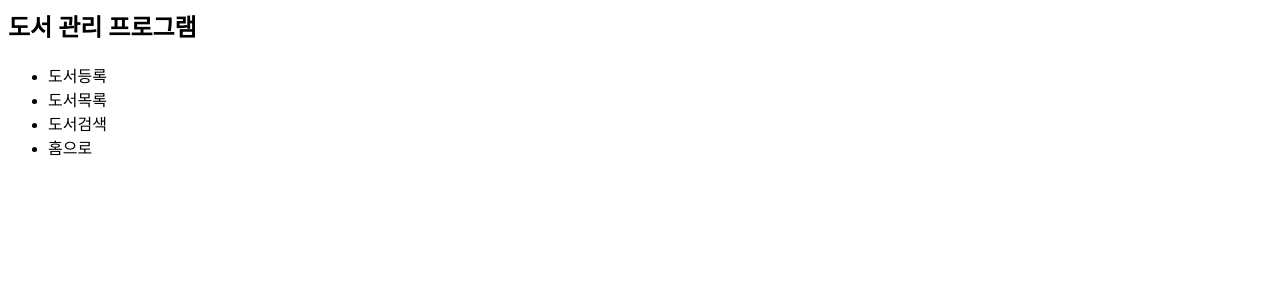
Repository: cmg0523/jsp
Page: http://localhost/bookmanage/header.jsp
The author's editor kept a copy of each file at every save. The page is drawn from the files as they stood at one save, then again after the next save.
The browser window is 1280 px wide. The pictures show the whole page.
The page is served by Tomcat 9.

Above is the page before, as saved 2021-08-18 05:06:43.

After the next save:
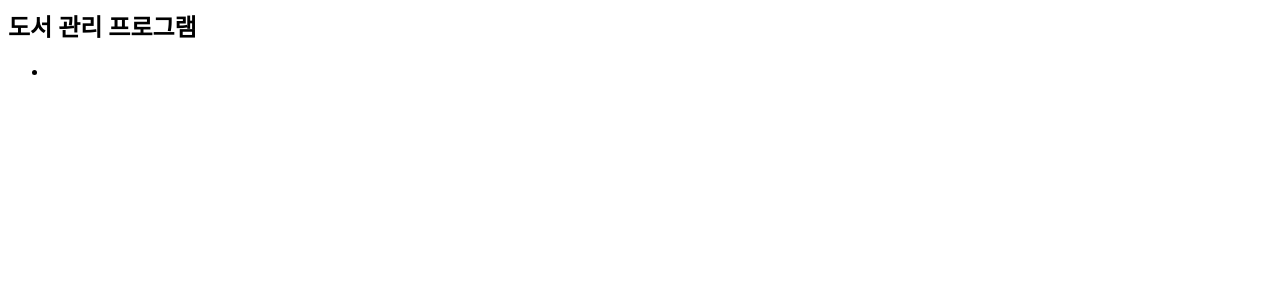
Saved 20 h 23 min later.
--- a/30623 최민규/bookmanage/WebContent/header.jsp
+++ b/30623 최민규/bookmanage/WebContent/header.jsp
@@ -7,9 +7,6 @@
 
     <nav>
     	<ul>
-    		<li>도서등록</li>
-    		<li>도서목록</li>
-    		<li>도서검색</li>
-    		<li>홈으로</li>
+    		<li><a class="nav1" href=""></a></li>
     	</ul>
     </nav>
